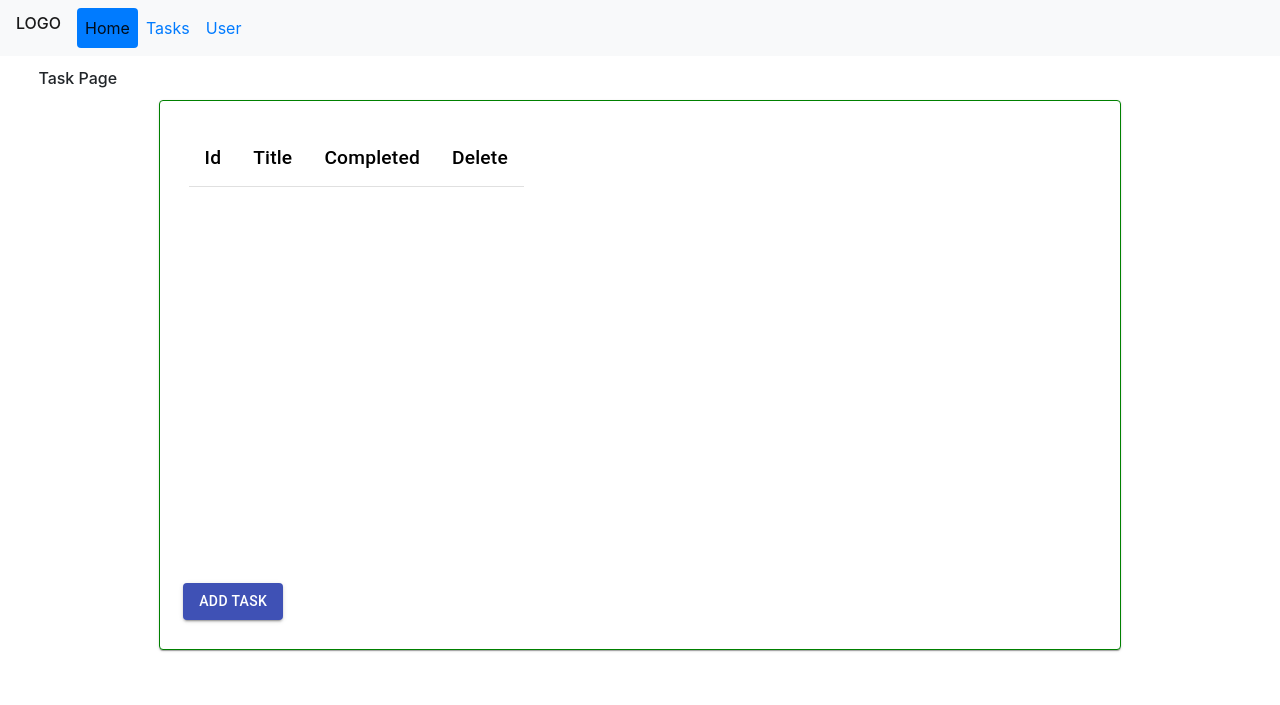
Repository: lalji-yadav/Nimapinfotech-demo-project
Page: /tasks
These files come from the project's save history. The page is drawn as it stood at one moment and after the next save; the edit follows.
The browser window is 1280 px wide. The pictures show the whole page.
The page's requests for data from a server got no answer. The project was rebuilt for these pictures with package versions that can differ from the ones it lists, and the page was loaded fresh each time. No one was signed in, and anything a server would have sent is missing. Also part of the build but not shown: src/components/Home.js, src/components/Users.js, src/components/Login.js.

Above is the page before, as saved 2021-01-17 19:03:34.

### src/App.js
// import './App.css';
import Navbar from "./components/Navbars";
import Login from "./components/Login";


function App() {
  return (
    <div>

    {/* <Login /> */}
    <Navbar />
    </div>
  );
}

export default App;

### src/components/Navbars.js
import React from 'react';
import { Navbar,Nav,NavDropdown,Form,FormControl ,Button } from 'react-bootstrap';
import {
  BrowserRouter as Router,
  Switch,
  Route,
  Link
} from "react-router-dom";

import Home from "./Home";
import Tasks from "./Tasks";
import User from "./Users";
import Login from "./Login";


const Navbars=()=> {
        return (
            <div>

              <Router>
                  <Navbar bg="light" expand="lg">
                      <Navbar.Brand> <h6>LOGO</h6></Navbar.Brand>
                      <Navbar.Toggle aria-controls="basic-navbar-nav" />
                      <Navbar.Collapse id="basic-navbar-nav">
                      <Nav variant="pills" defaultActiveKey="/">
                        <Nav.Item>
                          <Nav.Link href="/">Home </Nav.Link>
                        </Nav.Item>
                        <Nav.Item>
                          <Nav.Link eventKey="link-1"> <Link to="/tasks"> Tasks </Link> </Nav.Link>
                        </Nav.Item>
                        <Nav.Item>
                          <Nav.Link eventKey="link-2">
                          <Link to="/user"> User </Link>
                          </Nav.Link>
                        </Nav.Item>
                      </Nav>
                      </Navbar.Collapse>
                    </Navbar>


                    <Switch>
                      <Route exact path="/" component={Home} />

                      <Route exact path="/user" component={User} />

                      <Route exact path="/tasks" component={Tasks} />

                      <Route exact path="/login" component={Login} />

                    </Switch>
             </Router>

            </div>
        );
    }

export default Navbars;

### src/components/Tasks.js
import axios from 'axios';
import React, { useEffect, useState } from 'react';
import { Card,Table,TableHead,TableRow,TableCell,TableBody,Button } from "@material-ui/core";
import '../App.css';

function Tasks() {

    const [data, setData] = useState([]);

    useEffect(() => {
        axios.get('http://jsonplaceholder.typicode.com/todos').then((res) => {
            // console.log(res)
            setData(res.data);
            console.log(res.data);
        }).catch((error) => {
            console.log(error);
        });
    }, []);

    return (
        <div style={{ padding: "1% 3% 3% 3%" }}>
            <h6>Task Page</h6>

            <Card style={{ width: "80%", margin: "1% 10% 0% 10%", border: "1px solid green" }}>

                <Table aria-label="simple table">
                    <div className="scroll-tab">

                    <TableHead>
                        <TableRow>
                            <TableCell style={{ fontSize: "1.5vw", color: "black" }} align="center">Id</TableCell>
                            <TableCell style={{ fontSize: "1.5vw", color: "black" }} align="center">Title</TableCell>
                            <TableCell style={{ fontSize: "1.5vw", color: "black" }} align="center">Completed</TableCell>
                            <TableCell style={{ fontSize: "1.5vw", color: "black" }} align="center">Delete</TableCell>
                        </TableRow>
                    </TableHead>

                    <TableBody>
                        {data.filter((item) => !item.hidden).map((item, row) => (
                            <TableRow key={row.id}>
                                <TableCell style={{ fontSize: "1.3vw" }} align='center'>
                                    {item.id}
                                </TableCell>
                                <TableCell style={{ fontSize: "1.3vw" }} align="center">{item.title}</TableCell>
                                <TableCell style={{ fontSize: "1.3vw" }} align="center">{item.completed ? "True" : "False"}</TableCell>
                                <TableCell style={{ fontSize: "1.3vw" }} align="center">
                                    <Button style={{ fontSize: "1vw" }} variant="contained" color="secondary">Delete</Button>
                                </TableCell>
                            </TableRow>
                        ))}
                    </TableBody>

                    </div>
                </Table>

                <div className="row" style={{padding:'1% 0% 3% 4%'}}>
                    <Button variant="contained" color="primary"> Add Task </Button>

                </div>


            </Card>
        </div>
    );
}

export default Tasks;

### src/App.css
.scroll-tab {
    height: 55vh;
    margin: 3% 3% 5% 3%;
    overflow-y: scroll;
    border: "1px solid red";
}
::-webkit-scrollbar{
    width: 12px;
    height: 12px;
}
::-webkit-scrollbar-track {
    box-shadow: inset 0 0 10px #4A4A4A;
    border-radius: 10px;
    }

    ::-webkit-scrollbar-thumb {
    border-radius: 10px;
    background: #4A4A4A;
}

Loaded but not shown: public/index.html (common file); src/index.js (common file); src/index.css (common file); src/reportWebVitals.js (common file)

After the next save:
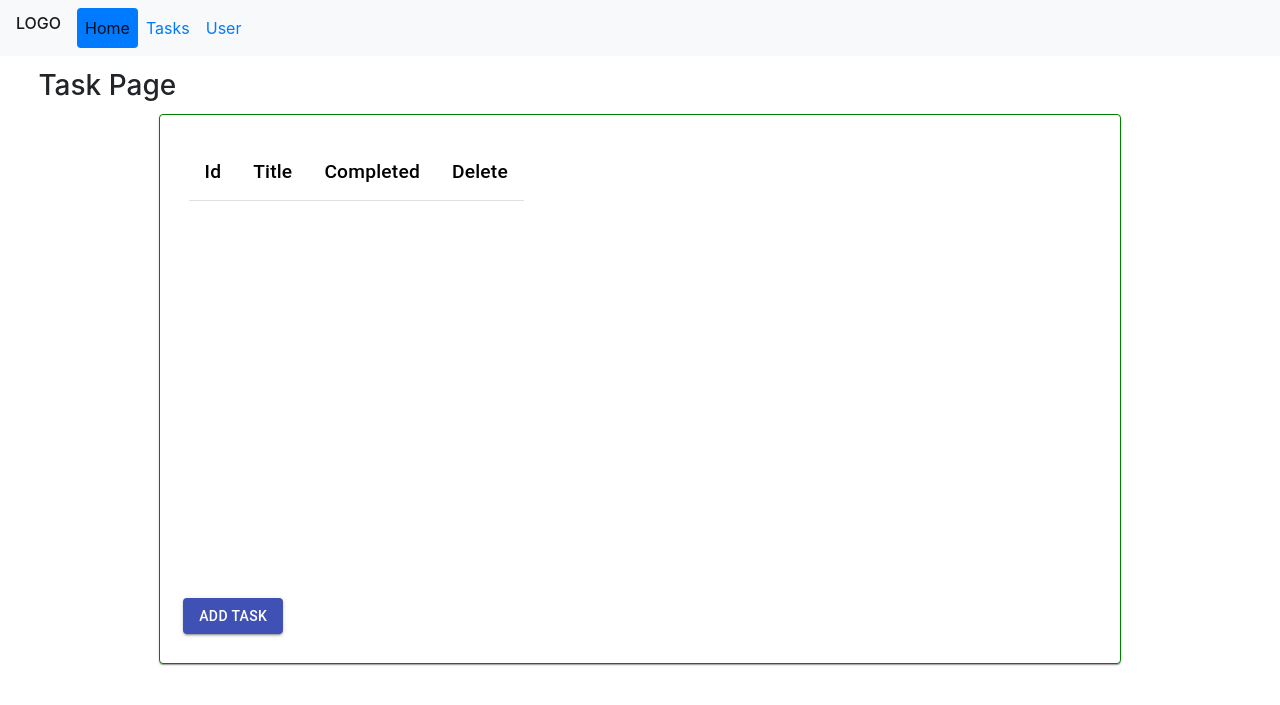
Saved 30 s later.
--- a/src/components/Tasks.js
+++ b/src/components/Tasks.js
@@ -19,7 +19,7 @@ function Tasks() {
 
     return (
         <div style={{ padding: "1% 3% 3% 3%" }}>
-            <h6>Task Page</h6>
+            <h3>Task Page</h3>
 
             <Card style={{ width: "80%", margin: "1% 10% 0% 10%", border: "1px solid green" }}>
 
